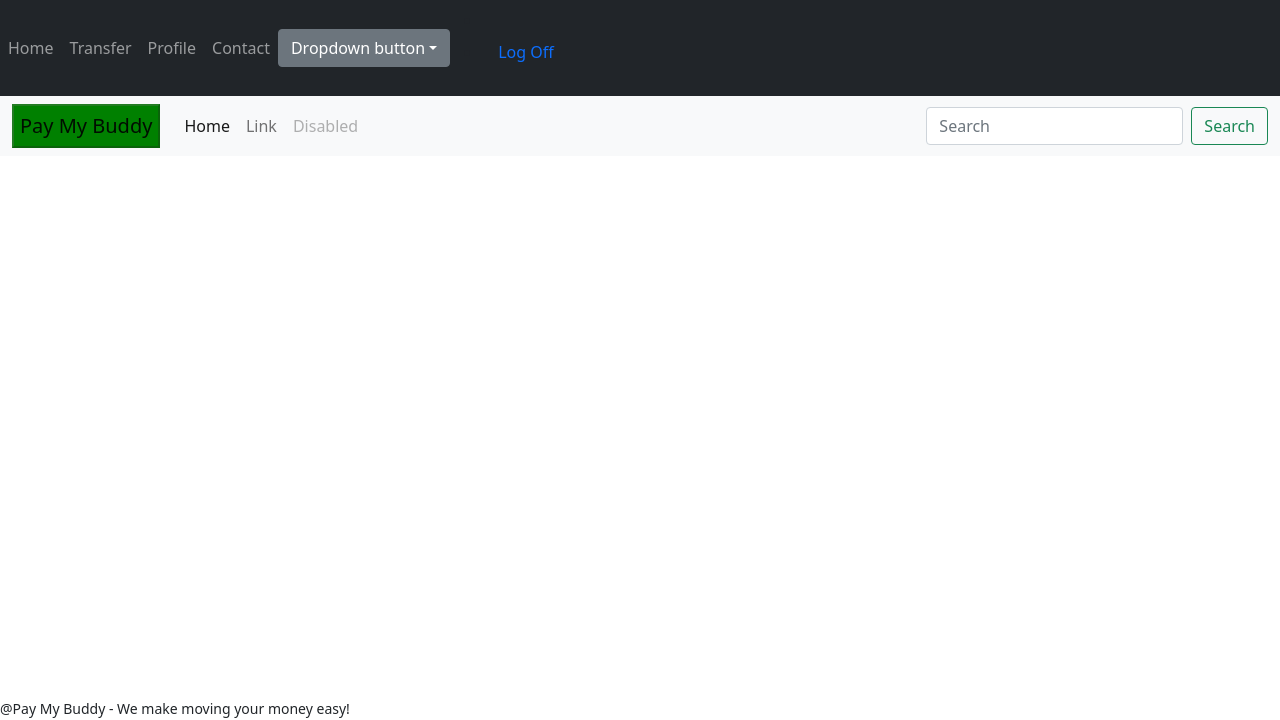
Repository: Am-BOUK/paymybuddy
Page: http://localhost/template
These files come from the project's save history. The page is drawn as it stood at one moment and after the next save; the edit follows.
The browser window is 1280 px wide. The pictures show the whole page.
The page is this project's Thymeleaf template; nobody is signed in. The template is opened directly, without the code that normally fills it, so the values that code supplies are empty.

Above is the page before, as saved 2022-01-16 16:52:47.

### PayMyBuddy/src/main/resources/templates/template.html
<!DOCTYPE html>
<html xmlns:th="http://www.thymeleaf.org"
	xmlns:layout="http://www.ultraq.net.nz/thymeleaf/layout"
	xmlns:sec="http://www.thymeleaf.org/thymeleaf-extras-springsecurity5">
<head>
<meta charset="utf-8" />
<title>Home Page</title>
<link
	href="https://cdn.jsdelivr.net/npm/bootstrap@5.1.3/dist/css/bootstrap.min.css"
	rel="stylesheet"
	integrity="sha384-1BmE4kWBq78iYhFldvKuhfTAU6auU8tT94WrHftjDbrCEXSU1oBoqyl2QvZ6jIW3"
	crossorigin="anonymous">
<script
	src="https://cdn.jsdelivr.net/npm/bootstrap@5.1.3/dist/js/bootstrap.min.js"
	integrity="sha384-QJHtvGhmr9XOIpI6YVutG+2QOK9T+ZnN4kzFN1RtK3zEFEIsxhlmWl5/YESvpZ13"
	crossorigin="anonymous"></script>

</head>
<body>
	<header>

		<nav class="navbar navbar-expand-sm bg-dark navbar-dark">
			<ul class="navbar-nav">
				<li class="nav-item"><a class="nav-link" th:href='@{/home}'>Home</a>
				</li>
				<li class="nav-item"><a class="nav-link"
					th:href='@{/operations}'>Transfer</a></li>
				<li class="nav-item"><a class="nav-link" th:href='@{/client}'>Profile</a>
				</li>
				<li class="nav-item"><a class="nav-link" th:href='@{/clients}'>Contact</a>
				</li>
			</ul>
			<ul class="navbar-nav ml-auto">
				<div class="dropdown">
					<button class="btn btn-secondary dropdown-toggle" type="button"
						id="dropdownMenuButton1" data-bs-toggle="dropdown"
						aria-expanded="false">Dropdown button</button>
					<ul class="dropdown-menu" aria-labelledby="dropdownMenuButton1">
						<li><a class="dropdown-item" href="#">Action</a></li>
						<li><a class="dropdown-item" href="#">Another action</a></li>
						<li><a class="dropdown-item" href="#">Something else here</a></li>
					</ul>
				</div>
			</ul>
			<ul>
				<li sec:authentication="name"></li>
				<li class="nav-item"><a class="nav-link" th:href='@{/logout}'>Log
						Off</a></li>
			</ul>
		</nav>

		<nav class="navbar navbar-expand-lg navbar-light bg-light ml-auto">
			<div class="container-fluid">
				<button class="navbar-toggler" type="button"
					data-bs-toggle="collapse" data-bs-target="#navbarTogglerDemo01"
					aria-controls="navbarTogglerDemo01" aria-expanded="false"
					aria-label="Toggle navigation">
					<span class="navbar-toggler-icon"></span>
				</button>
				<div class="collapse navbar-collapse" id="navbarTogglerDemo01">
					<button disabled="disabled" class="navbar-brand"
						style="background: green">Pay My Buddy</button>
					<ul class="navbar-nav me-auto mb-2 mb-lg-0 ">
						<li class="nav-item"><a class="nav-link active"
							aria-current="page" href="#">Home</a></li>
						<li class="nav-item"><a class="nav-link" href="#">Link</a></li>
						<li class="nav-item"><a class="nav-link disabled">Disabled</a>
						</li>
					</ul>
					<form class="d-flex">
						<input class="form-control me-2" type="search"
							placeholder="Search" aria-label="Search">
						<button class="btn btn-outline-success" type="submit">Search</button>
					</form>
				</div>
			</div>
		</nav>

	</header>
	<section layout:fragment="content"></section>

	<footer class="fixed-bottom">
		<small>@Pay My Buddy - We make moving your money easy!</small>
	</footer>

</body>
</html>

After the next save:
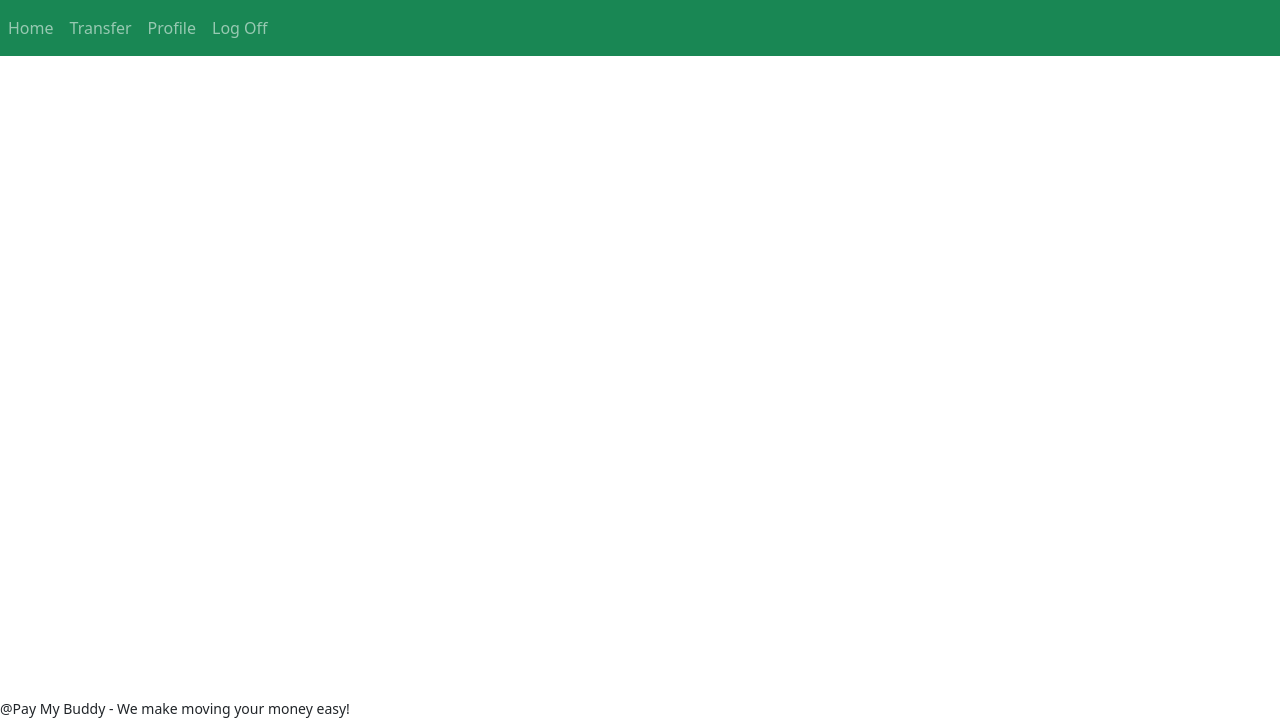
Saved 9 min 44 s later.
--- a/PayMyBuddy/src/main/resources/templates/template.html
+++ b/PayMyBuddy/src/main/resources/templates/template.html
@@ -19,61 +19,16 @@
 <body>
 	<header>
 
-		<nav class="navbar navbar-expand-sm bg-dark navbar-dark">
+		<nav class="navbar navbar-expand-sm bg-success navbar-dark">
 			<ul class="navbar-nav">
-				<li class="nav-item"><a class="nav-link" th:href='@{/home}'>Home</a>
+				<li class="nav-item"><a class="nav-link " th:href='@{/home}'>Home</a>
 				</li>
 				<li class="nav-item"><a class="nav-link"
-					th:href='@{/operations}'>Transfer</a></li>
-				<li class="nav-item"><a class="nav-link" th:href='@{/client}'>Profile</a>
-				</li>
-				<li class="nav-item"><a class="nav-link" th:href='@{/clients}'>Contact</a>
-				</li>
+					th:href='@{/transfer}'>Transfer</a></li>
+				<li class="nav-item"><a class="nav-link" th:href='@{/Profil}'>Profile</a></li>
+				<li class="nav-item"><a class="nav-link d-flex"
+					th:href='@{/logout}'>Log Off</a></li>
 			</ul>
-			<ul class="navbar-nav ml-auto">
-				<div class="dropdown">
-					<button class="btn btn-secondary dropdown-toggle" type="button"
-						id="dropdownMenuButton1" data-bs-toggle="dropdown"
-						aria-expanded="false">Dropdown button</button>
-					<ul class="dropdown-menu" aria-labelledby="dropdownMenuButton1">
-						<li><a class="dropdown-item" href="#">Action</a></li>
-						<li><a class="dropdown-item" href="#">Another action</a></li>
-						<li><a class="dropdown-item" href="#">Something else here</a></li>
-					</ul>
-				</div>
-			</ul>
-			<ul>
-				<li sec:authentication="name"></li>
-				<li class="nav-item"><a class="nav-link" th:href='@{/logout}'>Log
-						Off</a></li>
-			</ul>
-		</nav>
-
-		<nav class="navbar navbar-expand-lg navbar-light bg-light ml-auto">
-			<div class="container-fluid">
-				<button class="navbar-toggler" type="button"
-					data-bs-toggle="collapse" data-bs-target="#navbarTogglerDemo01"
-					aria-controls="navbarTogglerDemo01" aria-expanded="false"
-					aria-label="Toggle navigation">
-					<span class="navbar-toggler-icon"></span>
-				</button>
-				<div class="collapse navbar-collapse" id="navbarTogglerDemo01">
-					<button disabled="disabled" class="navbar-brand"
-						style="background: green">Pay My Buddy</button>
-					<ul class="navbar-nav me-auto mb-2 mb-lg-0 ">
-						<li class="nav-item"><a class="nav-link active"
-							aria-current="page" href="#">Home</a></li>
-						<li class="nav-item"><a class="nav-link" href="#">Link</a></li>
-						<li class="nav-item"><a class="nav-link disabled">Disabled</a>
-						</li>
-					</ul>
-					<form class="d-flex">
-						<input class="form-control me-2" type="search"
-							placeholder="Search" aria-label="Search">
-						<button class="btn btn-outline-success" type="submit">Search</button>
-					</form>
-				</div>
-			</div>
 		</nav>
 
 	</header>
